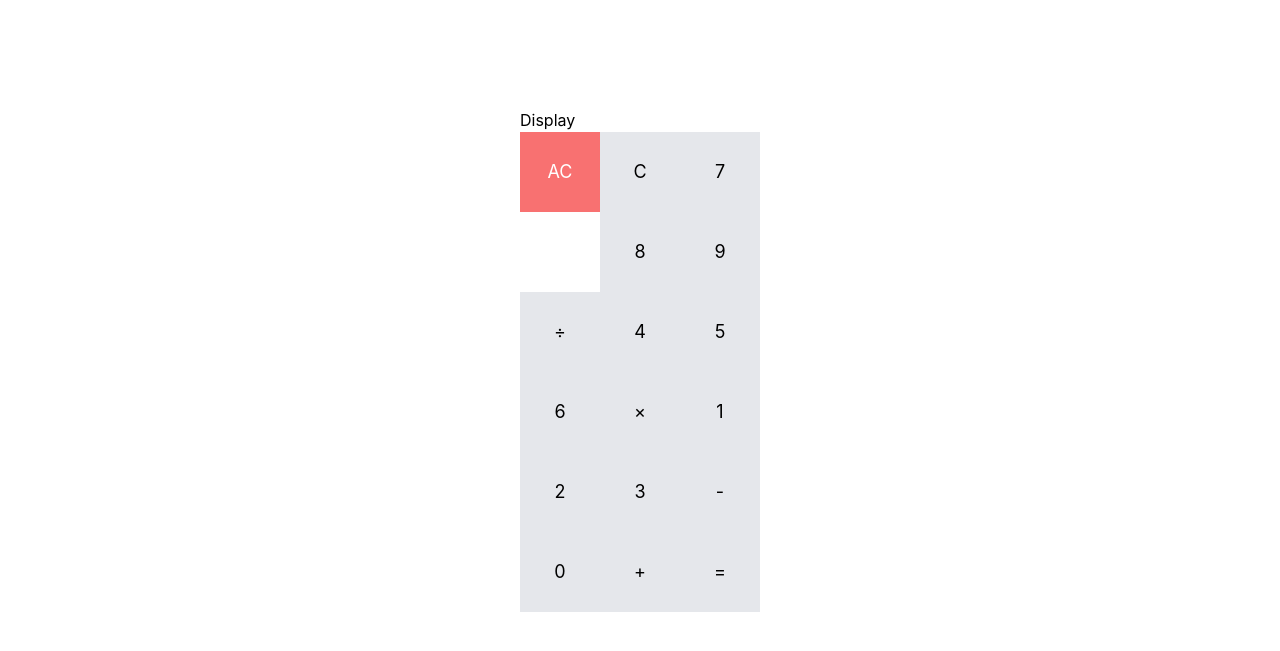
Repository: BrianPhamDev/calculator_app
Page: /
The author's editor kept a copy of each file at every save. The page is drawn from the files as they stood at one save, then again after the next save.
The browser window is 1280 px wide. The pictures show the whole page.
The project was rebuilt for these pictures with package versions that can differ from the ones it lists, and the page was loaded fresh each time. Also part of the build but not shown: vite.config.js.

Above is the page before, as saved 2024-01-09 14:25:19.

### src/App.jsx
import Calculator from "./components/Calculator";

function App() {
  return (
    <>
      <div className="flex items-center justify-center w-screen h-screen">
        <Calculator></Calculator>
      </div>
    </>
  );
}

export default App;

### src/components/Calculator.jsx
import { calculatorButtons } from "../globals/calculator-button-data";

const Calculator = () => {
  const specialClasses = {
    ac: "row-span-2 bg-red-400 text-white",
  };
  return (
    <div className="">
      <h1>Display</h1>
      <div className="grid grid-cols-3">
        {calculatorButtons.map((button) => {
          return (
            <div
              key={button.className}
              className={`bg-gray-200 flex items-center justify-center w-20 h-20 hover:bg-slate-300 text-lg ${
                specialClasses[button.className] || ""
              }`}
            >
              {button.text}
            </div>
          );
        })}
      </div>
    </div>
  );
};

export default Calculator;

### src/globals/calculator-button-data.js
export const calculatorButtons = [
  {
    type: "clear",
    className: "ac",
    text: "AC",
    value: "All Clear",
  },
  {
    type: "clear",
    className: "c",
    text: "C",
    value: "Clear",
  },
  {
    type: "number",
    className: "seven",
    text: 7,
    value: 7,
  },
  {
    type: "number",
    className: "eight",
    text: 8,
    value: 8,
  },
  {
    type: "number",
    className: "nine",
    text: 9,
    value: 9,
  },
  {
    type: "operator",
    className: "divide",
    text: "\u00f7",
    value: "Divide",
  },
  {
    type: "number",
    className: "four",
    text: 4,
    value: 4,
  },
  {
    type: "number",
    className: "five",
    text: 5,
    value: 5,
  },
  {
    type: "number",
    className: "six",
    text: 6,
    value: 6,
  },
  {
    type: "operator",
    className: "multiply",
    text: "\u00d7",
    value: "Multiply",
  },
  {
    type: "number",
    className: "one",
    text: 1,
    value: 1,
  },
  {
    type: "number",
    className: "two",
    text: 2,
    value: 2,
  },
  {
    type: "number",
    className: "three",
    text: 3,
    value: 3,
  },
  {
    type: "operator",
    className: "subtract",
    text: "-",
    value: "Subtract",
  },
  {
    type: "number",
    className: "zero",
    text: 0,
    value: 0,
  },
  {
    type: "operator",
    className: "add",
    text: "+",
    value: "Add",
  },
  {
    type: "enter",
    className: "equal",
    text: "=",
    value: "Equal",
  },
];

Loaded but not shown: index.html (common file); src/main.jsx (common file); src/index.css (common file); tailwind.config.js (common file)

After the next save:
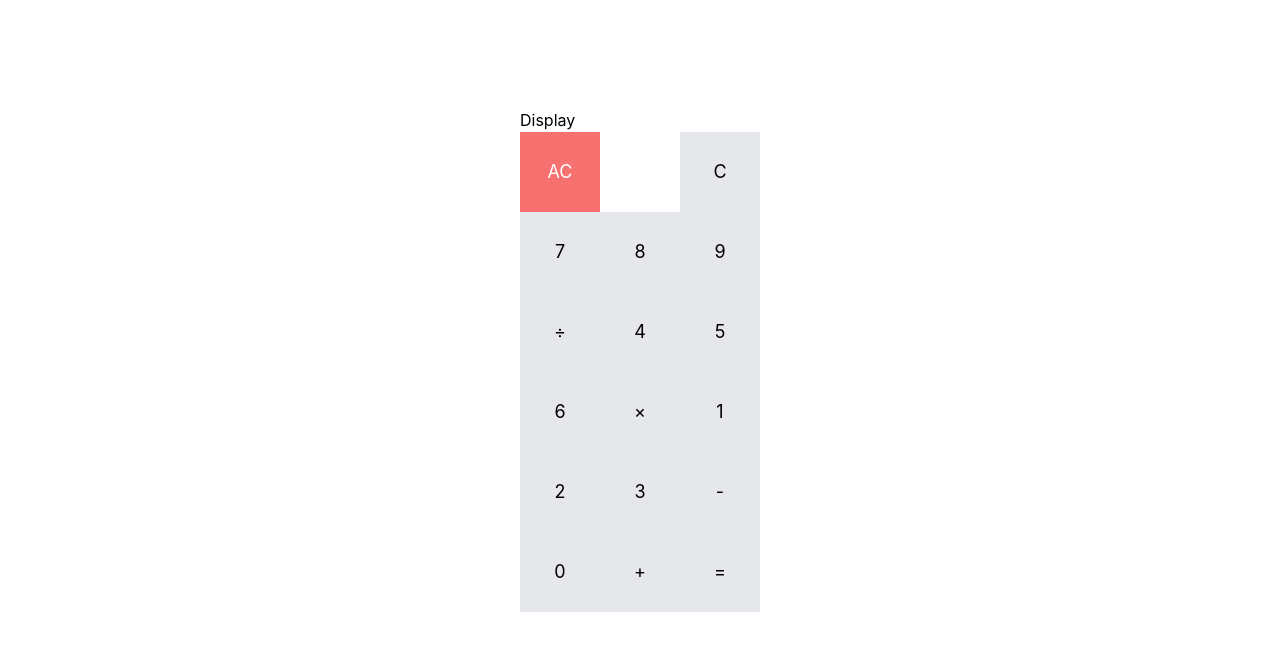
Saved 8 s later.
--- a/src/components/Calculator.jsx
+++ b/src/components/Calculator.jsx
@@ -2,7 +2,7 @@ import { calculatorButtons } from "../globals/calculator-button-data";
 
 const Calculator = () => {
   const specialClasses = {
-    ac: "row-span-2 bg-red-400 text-white",
+    ac: "col-span-2 bg-red-400 text-white",
   };
   return (
     <div className="">
